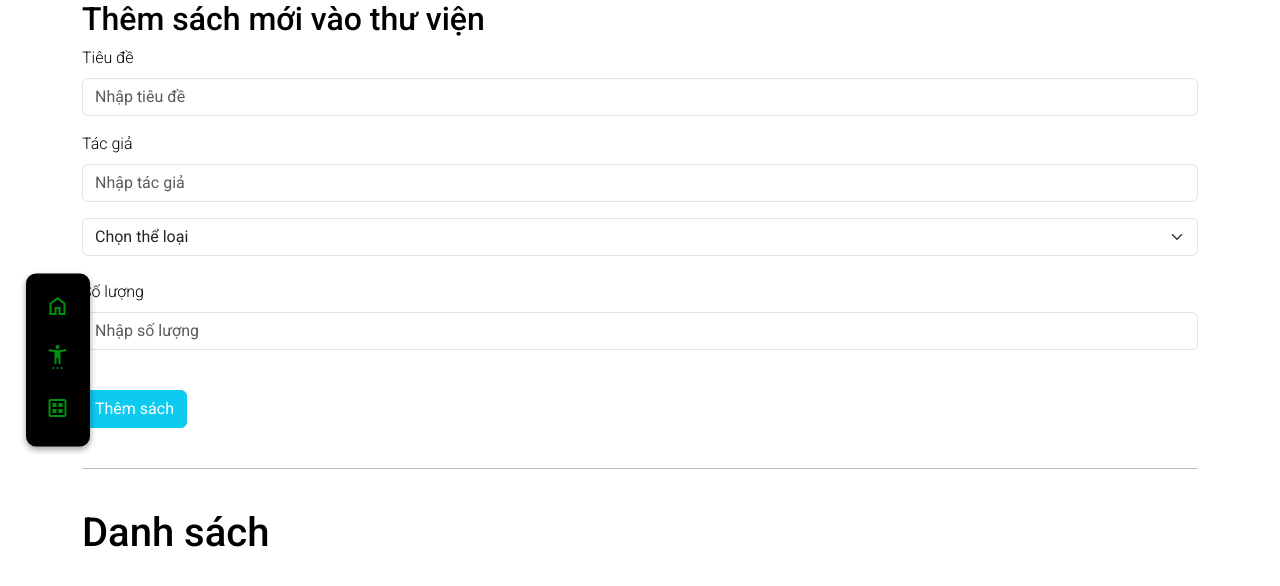
Repository: tuankiet10920/homeworkFEF
Page: /about
The author's editor kept a copy of each file at every save. The page is drawn from the files as they stood at one save, then again after the next save.
The browser window is 1280 px wide. The pictures show the whole page.
The project was rebuilt for these pictures with package versions that can differ from the ones it lists, and the page was loaded fresh each time. Also part of the build but not shown: vite.config.js, src/views/HomeView.vue. Imported but missing from the stored project, and not drawn on this page: src/assets/audio/intro.mp3.

Above is the page before, as saved 2024-10-24 12:47:21.

After the next save:
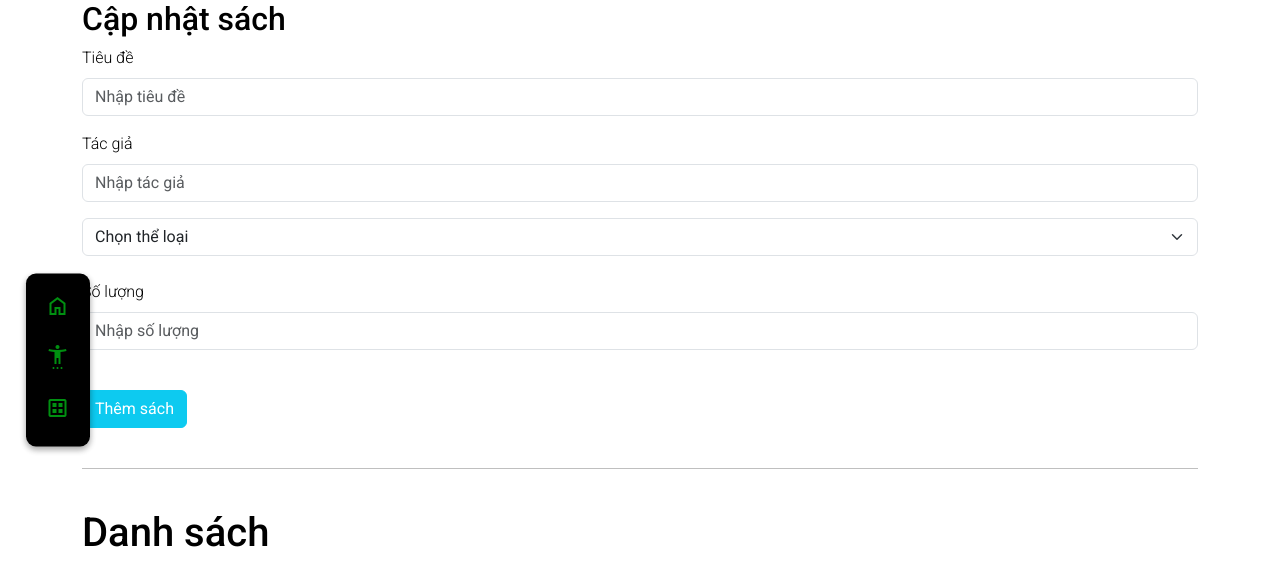
Saved 9 s later.
--- a/src/Labs/Lab4/Bai4.vue
+++ b/src/Labs/Lab4/Bai4.vue
@@ -1,7 +1,7 @@
 <script setup>
 import { ref, reactive } from 'vue'
 
-const isEdit = ref(false)
+const isEdit = ref(true)
 
 const types = ref([
   {

After the save that followed:
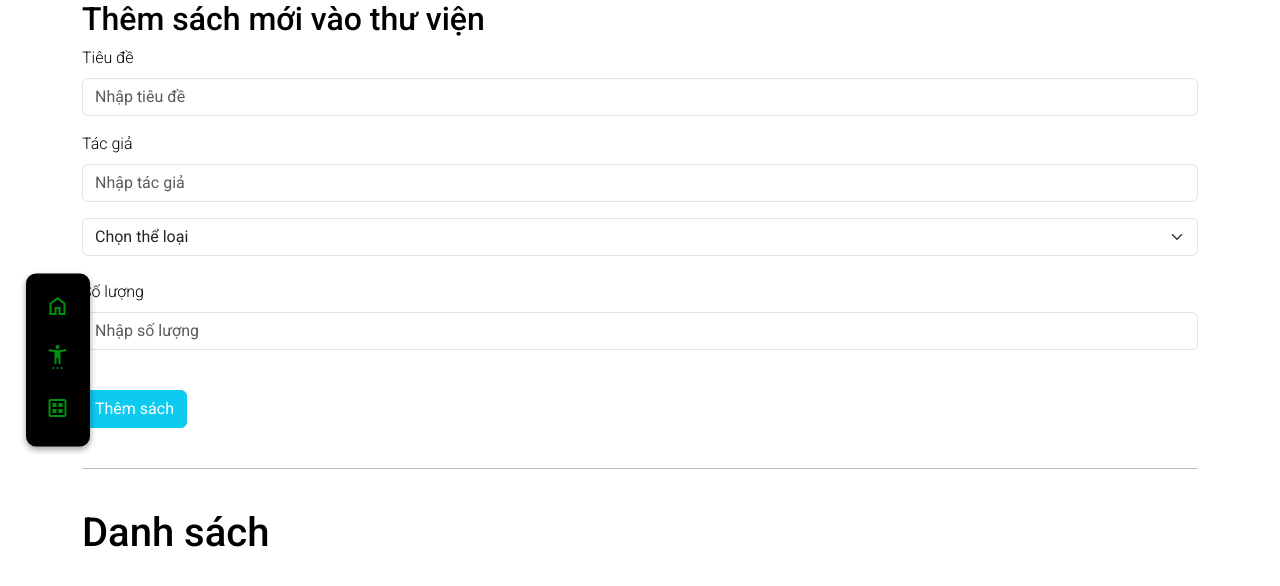
Saved 8 s later.
--- a/src/Labs/Lab4/Bai4.vue
+++ b/src/Labs/Lab4/Bai4.vue
@@ -1,7 +1,7 @@
 <script setup>
 import { ref, reactive } from 'vue'
 
-const isEdit = ref(true)
+const isEdit = ref(false)
 
 const types = ref([
   {
